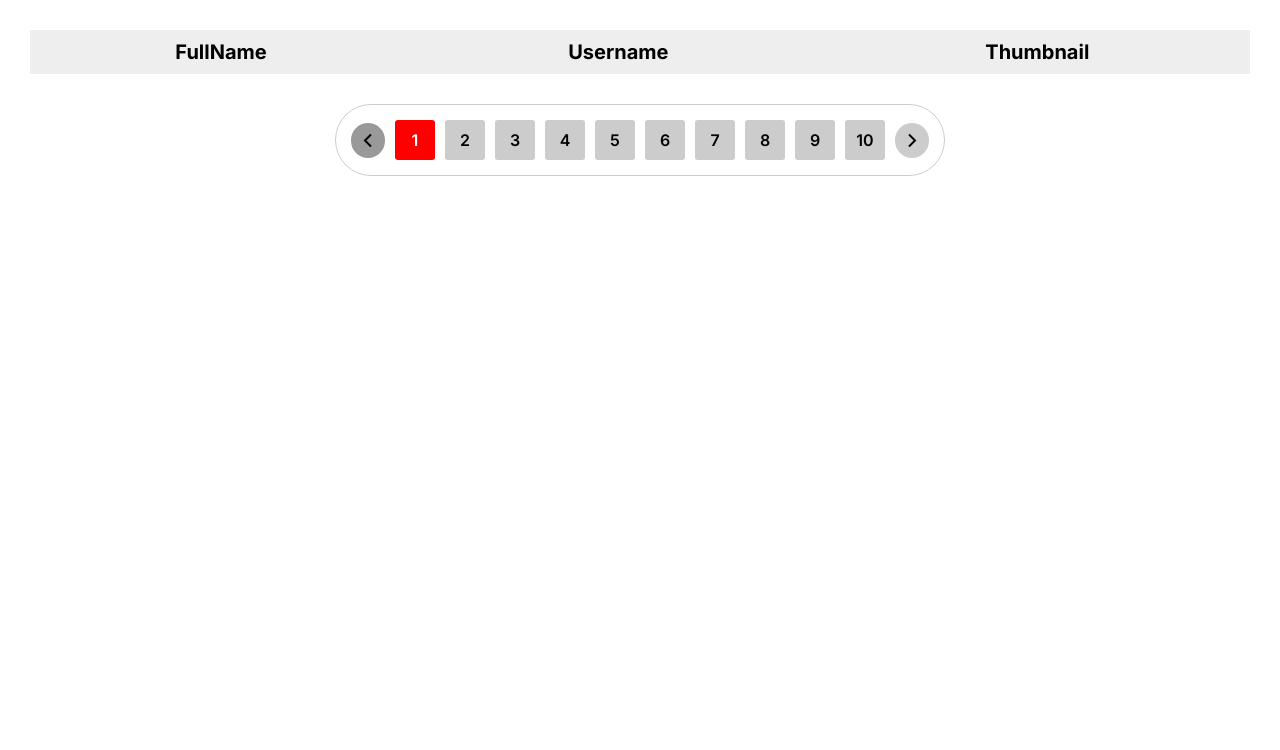
Repository: hoang0508/Test-FrontendReactJs-Twendee
Page: /
These files come from the project's save history. The page is drawn as it stood at one moment and after the next save; the edit follows.
The browser window is 1280 px wide. The pictures show the whole page.
The page's requests for data from a server got no answer. The project was rebuilt for these pictures with package versions that can differ from the ones it lists, and the page was loaded fresh each time. No one was signed in, and anything a server would have sent is missing.

Above is the page before, as saved 2023-02-06 22:23:30.

After the next save:
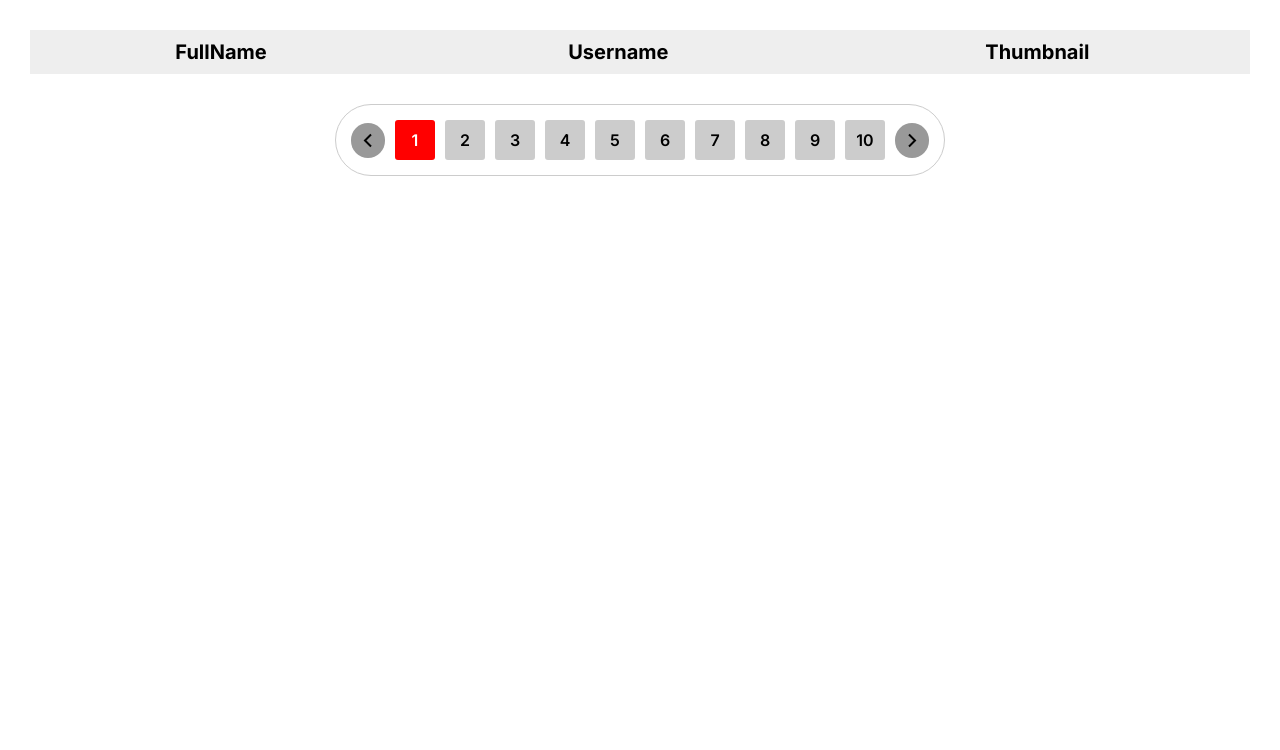
Saved 26 s later.
--- a/src/components/UserTable.scss
+++ b/src/components/UserTable.scss
@@ -64,6 +64,9 @@
     border-radius: 100rem;
     padding: 5px;
     border: 0;
+    &:disabled {
+      background-color: #999999;
+    }
   }
   &-prev {
     font-size: 25px;

After the 2 saves that followed:
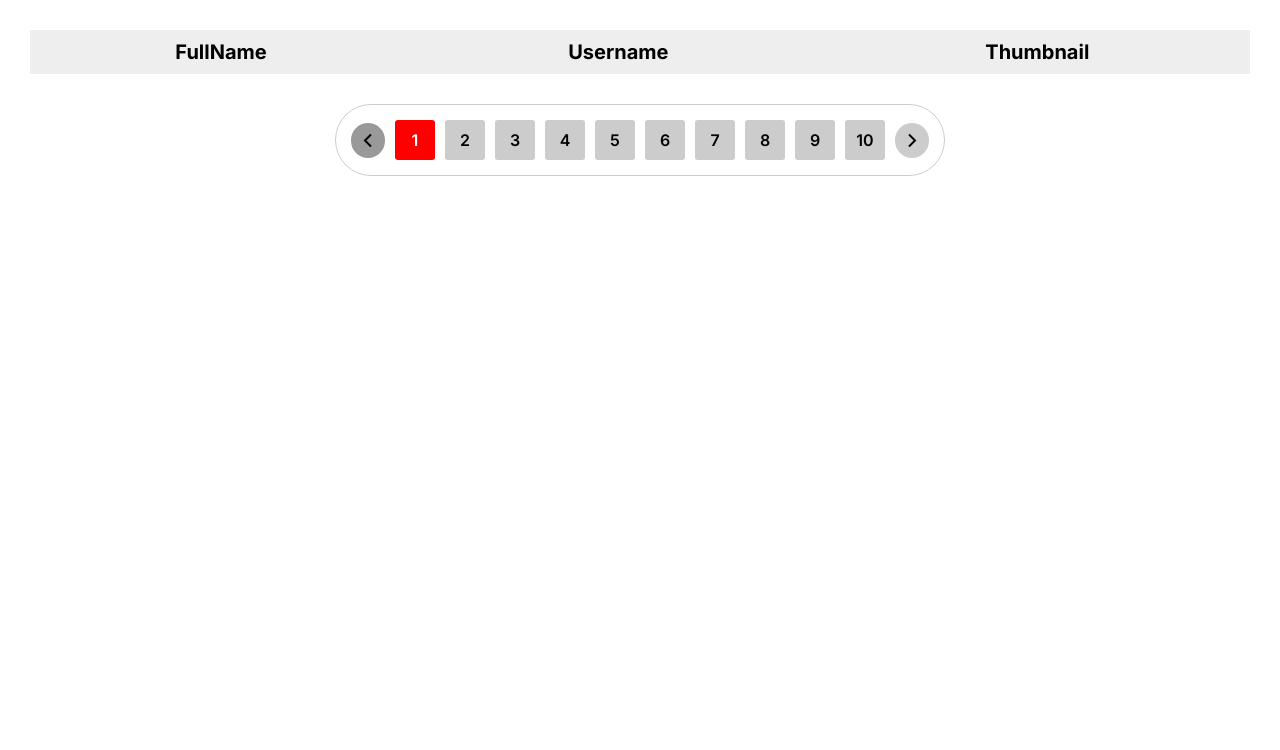
The 2 saves are shown as one change because 1 left the picture as it was.
The last was saved 57 s later.
--- a/src/components/Pagination.tsx
+++ b/src/components/Pagination.tsx
@@ -53,7 +53,7 @@ const Pagination = ({ usersPerPage, handlePaginate }: PropsPagination) => {
         <button
           className="pagination-next"
           onClick={() => handleNext()}
-          disabled={currentPage < TotalUser.USER_PERPAGE}
+          disabled={currentPage > TotalUser.USER_PERPAGE}
         >
           <GrFormNext />
         </button>
